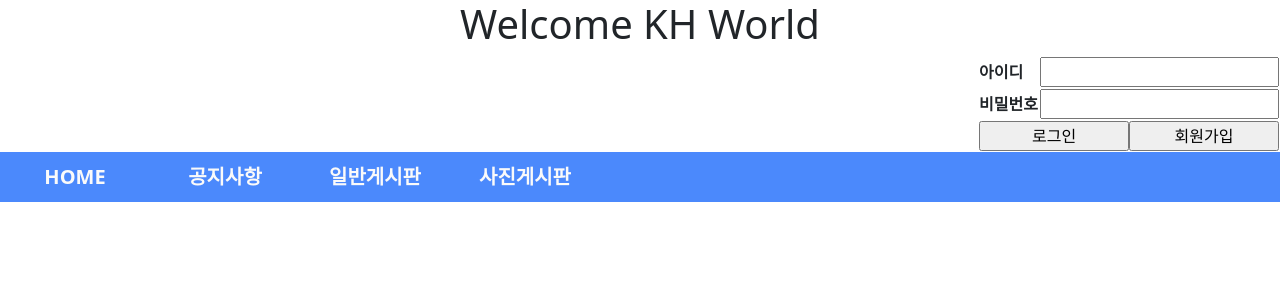
Repository: didwlwd/workspace
Page: http://localhost/jspProject/enrollForm.bo
The author's editor kept a copy of each file at every save. The page is drawn from the files as they stood at one save, then again after the next save.
The browser window is 1280 px wide. The pictures show the whole page.
The page is served by Tomcat 10.

Above is the page before, as saved 2025-02-28 00:22:11.

After the next save:
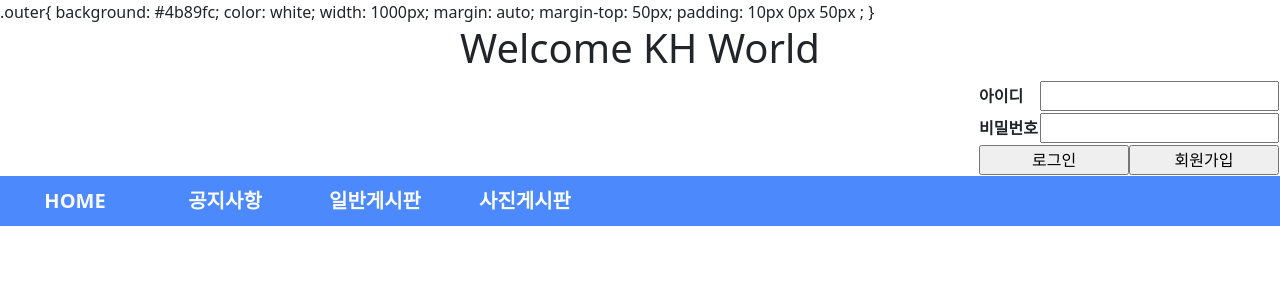
Saved 11 s later.
--- a/07_jsp/jspProject/src/main/webapp/views/board/boardEnrollForm.jsp
+++ b/07_jsp/jspProject/src/main/webapp/views/board/boardEnrollForm.jsp
@@ -5,6 +5,15 @@
 <head>
 <meta charset="UTF-8">
 <title>Insert title here</title>
+
+.outer{
+		background: #4b89fc;
+		color: white;
+		width: 1000px;
+		margin: auto;
+		margin-top: 50px;
+		padding: 10px 0px 50px ;
+	}
 </head>
 <body>
 	<%@ include file="../common/menubar.jsp" %>
